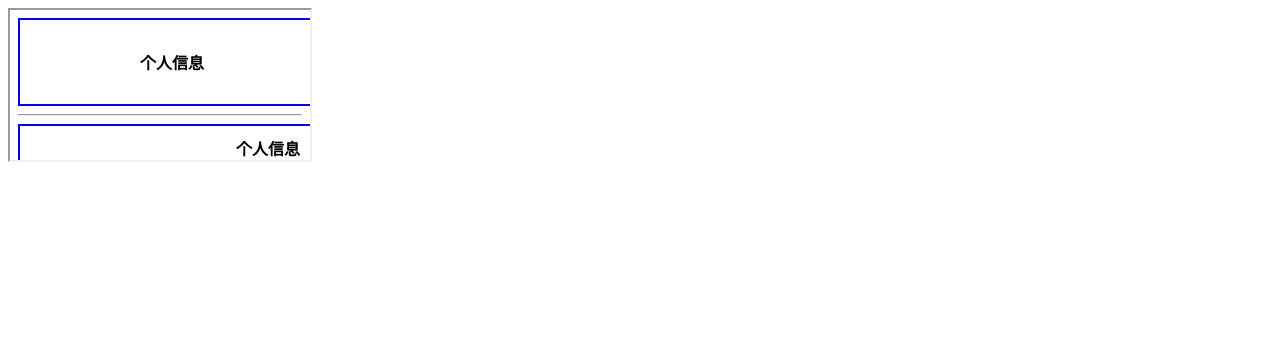
Repository: tangchengjingwen/javaLearningCode
Page: javaLearningCode/day29_html/iframe.html
An editor plug-in stored every save of this project. The page is shown before and after the next save, followed by the edit.
The browser window is 1280 px wide. The pictures show the whole page.

Above is the page before, as saved 2012-05-13 07:48:27.

### javaLearningCode/day29_html/iframe.html
<!DOCTYPE HTML PUBLIC "-//W3C//DTD HTML 4.01//EN" "http://www.w3.org/TR/html4/strict.dtd">
<html>
	<head>
		<meta http-equiv="Content-Type" content="text/html; charset=GBK">
		<title>Untitled Document</title>
	</head>
	<body>
		<iframe src="table.html">
			这是画中画标签。 如果你看到这个文字，很遗憾，你的浏览器不支持该标签。
		</iframe>
	</body>
</html>

### javaLearningCode/day29_html/table.html
<!DOCTYPE HTML PUBLIC "-//W3C//DTD HTML 4.01//EN" "http://www.w3.org/TR/html4/strict.dtd">
<html>
	<head>
		<meta http-equiv="Content-Type" content="text/html; charset=GBK">
		<title>Untitled Document</title>
	</head>
	<body>

		<table border=1 bordercolor="#0000EE" cellpadding=10 cellspacing=0 width=500>
			<tbody><!--表格的下一级标签是tbody，不定义也存在-->
			<tr>
				<th rowspan=2>个人信息</th>
				<td>张三</td>
			</tr>
			<tr>
				<td>30</td>
			</tr>
			</tbody>
		</table>


		<hr/>

		<table border=1 bordercolor="#0000EE" cellpadding=10 cellspacing=0 width=500>
			<tr>
				<th colspan=2>个人信息</th>
			</tr>
			<tr>
				<td>张三</td>
				<td>30</td>
			</tr>
		</table>
		<hr/>
		<table border=1 bordercolor="#0000EE" cellpadding=10 cellspacing=0 width=500>
			<caption>表格标题</caption>
			<tr>
				<th>姓名：</th>
				<th>年龄：</th>
			</tr>
			<tr>
				<td>张三</td>
				<td>39</td>
			</tr>
		</table>



	</body>
</html>

After the next save:
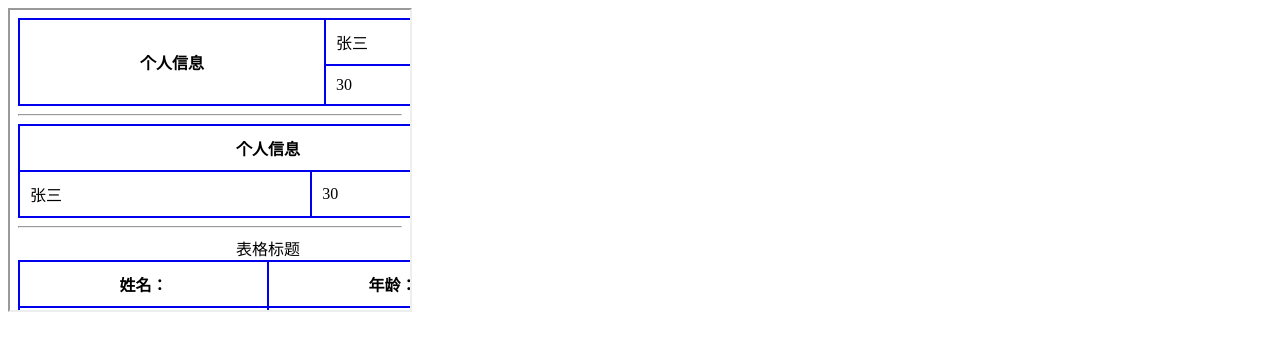
Saved 41 s later.
--- a/javaLearningCode/day29_html/iframe.html
+++ b/javaLearningCode/day29_html/iframe.html
@@ -5,7 +5,7 @@
 		<title>Untitled Document</title>
 	</head>
 	<body>
-		<iframe src="table.html">
+		<iframe src="table.html" height=300 width=400>
 			这是画中画标签。 如果你看到这个文字，很遗憾，你的浏览器不支持该标签。
 		</iframe>
 	</body>
